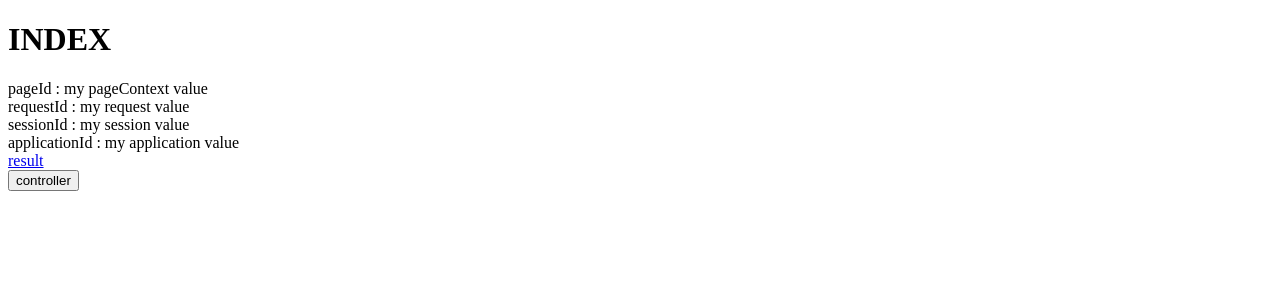
Repository: december-moon/WEB
Page: http://localhost/Jsp06_Scope/
These files come from the project's save history. The page is drawn as it stood at one moment and after the next save; the edit follows.
The browser window is 1280 px wide. The pictures show the whole page.
The page is served by Tomcat 9. Other server files are loaded and not shown.

Above is the page before, as saved 2021-02-23 17:24:22.

### Jsp06_Scope/WebContent/index.jsp
<%@ page language="java" contentType="text/html; charset=UTF-8"
    pageEncoding="UTF-8"%>
    <% request.setCharacterEncoding("UTF-8");
    response.setContentType("text/html; charset=UTF-8");%>
<!DOCTYPE html>
<html>
<head>
<meta charset="UTF-8">
<title>Insert title here</title>
</head>
<body>
<%
	pageContext.setAttribute("pageId", "my pageContext value");
	request.setAttribute("requestId", "my request value");
	session.setAttribute("sessionId", "my session value");
	application.setAttribute("applicationId", "my application value");

%>

	<h1>INDEX</h1>

	pageId : <%=pageContext.getAttribute("pageId") %><br/>
	requestId : <%=request.getAttribute("requestId") %><br/>
	sessionId : <%=session.getAttribute("sessionId") %><br/>
	applicationId : <%=application.getAttribute("applicationId") %><br/>

	<a href="result.jsp">result</a><br/>
	<form action="scope.do" method="post">
		<input type="hidden" name="myRequest" value="my request value 2"/>
		<input type="submit" value="controller"/>
	</form>


</body>
</html>

After the next save:
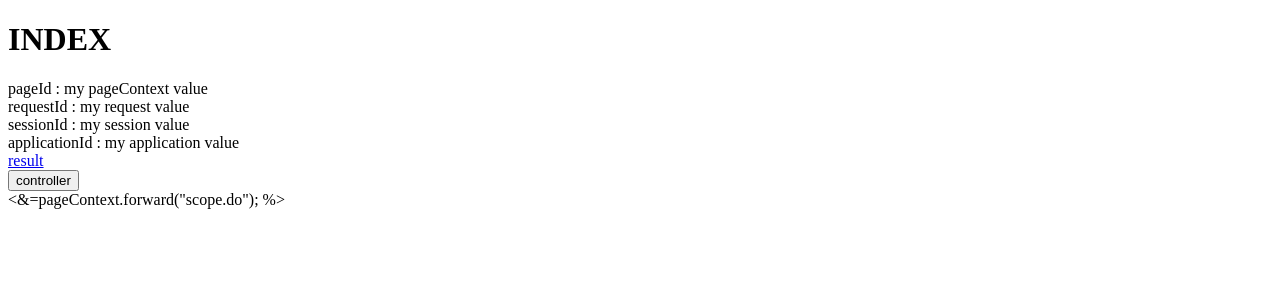
Saved 7 h 14 min later.
--- a/Jsp06_Scope/WebContent/index.jsp
+++ b/Jsp06_Scope/WebContent/index.jsp
@@ -30,6 +30,7 @@
 		<input type="submit" value="controller"/>
 	</form>
 
+	<&=pageContext.forward("scope.do"); %>
 
 </body>
 </html>
